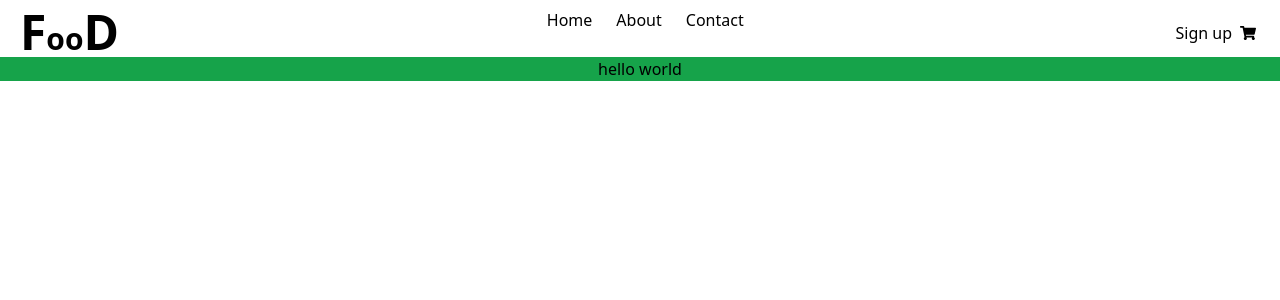
Repository: KhushiCode14/FoodWeb
Page: /
These files come from the project's save history. The page is drawn as it stood at one moment and after the next save; the edit follows.
The browser window is 1280 px wide. The pictures show the whole page.
The project was rebuilt for these pictures with package versions that can differ from the ones it lists, and the page was loaded fresh each time. Also part of the build but not shown: src/components/Home/SignUp.tsx, src/components/Home/SignIn.tsx.

Above is the page before, as saved 2024-09-19 18:54:22.

After the next save:
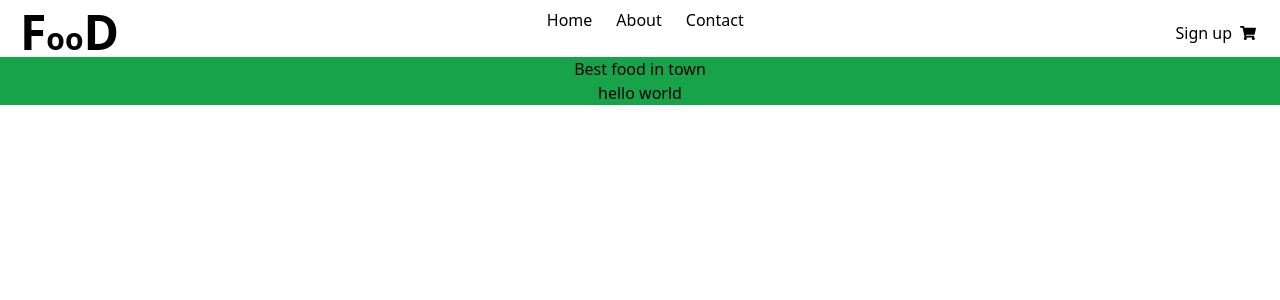
Saved 2 min 2 s later.
--- a/src/Pages/Home.tsx
+++ b/src/Pages/Home.tsx
@@ -4,6 +4,7 @@ const Home = () => {
   return (
     <div className="bg-green-600 ">
 
+      <div><h3>Best food in town</h3></div>
       <div>hello world</div>
     </div>
   )
